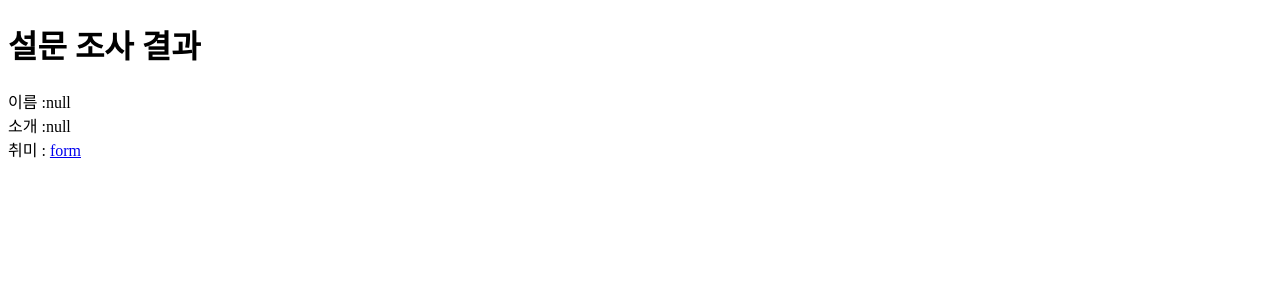
Repository: KimJaeHwan98/tomcat01
Page: http://localhost/3_req_res/quiz/ex01_result.jsp
The author's editor kept a copy of each file at every save. The page is drawn from the files as they stood at one save, then again after the next save.
The browser window is 1280 px wide. The pictures show the whole page.
The page is served by Tomcat 9.

Above is the page before, as saved 2024-04-29 06:26:38.

### 3_req_res/src/main/webapp/quiz/ex01_result.jsp
<%@ page language="java" contentType="text/html; charset=UTF-8"
    pageEncoding="UTF-8"%>
<!DOCTYPE html>
<html>
<head>
<meta charset="UTF-8">
<title>Insert title here</title>
</head>
<body>
<%request.setCharacterEncoding("utf-8"); %>
<h1>설문 조사 결과</h1>
이름 :<%=request.getParameter("a1") %><br>
소개 :<%=request.getParameter("a2") %><br>
취미 : <%
	String[] chks = request.getParameterValues("chk");
	if(chks != null)
	for(String s : chks) {
		out.print(s + "<br>");
	}

	%>
<a href="ex01_form.jsp">form</a>
</body>
</html>

After the next save:
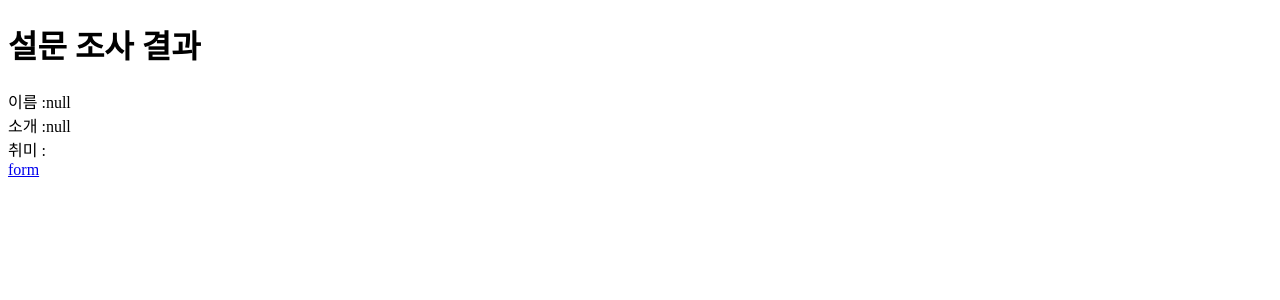
Saved 8 s later.
--- a/3_req_res/src/main/webapp/quiz/ex01_result.jsp
+++ b/3_req_res/src/main/webapp/quiz/ex01_result.jsp
@@ -18,7 +18,7 @@
 		out.print(s + "<br>");
 	}
 
-	%>
+	%><br>
 <a href="ex01_form.jsp">form</a>
 </body>
 </html>
